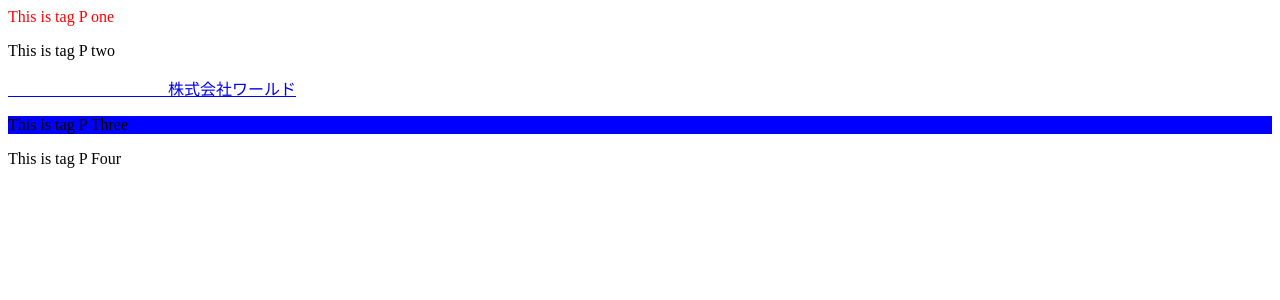
Repository: VDHBK/Learn-JS
Page: JS-Huy/DOM/DOM_HTML.html
These files come from the project's save history. The page is drawn as it stood at one moment and after the next save; the edit follows.
The browser window is 1280 px wide. The pictures show the whole page.

Above is the page before, as saved 2020-10-16 01:02:18.

After the next save:
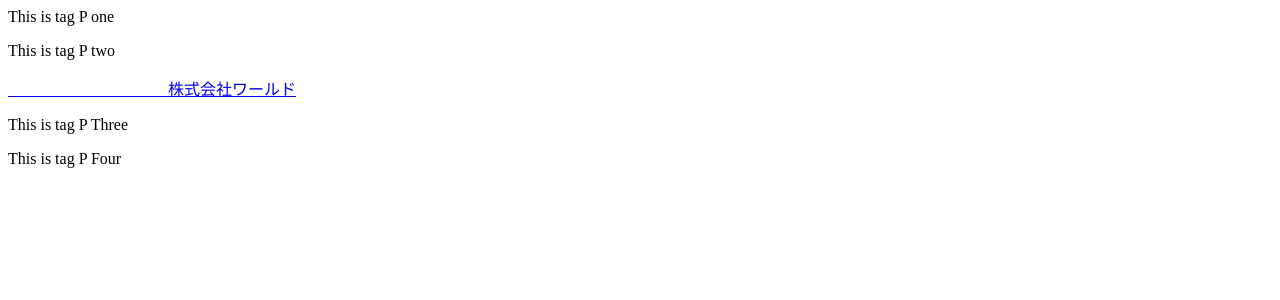
Saved 13 s later.
--- a/JS-Huy/DOM/DOM_HTML.html
+++ b/JS-Huy/DOM/DOM_HTML.html
@@ -11,9 +11,7 @@
             <p>This is tag P Four </p>
 
         <script>
-            let tagObject = document.getElementsByTagName("p");
-            tagObject[0].style.color = "red";
-            tagObject[2].style.backgroundColor = "blue";
+
 		</script>
 	</body>
 </html>
